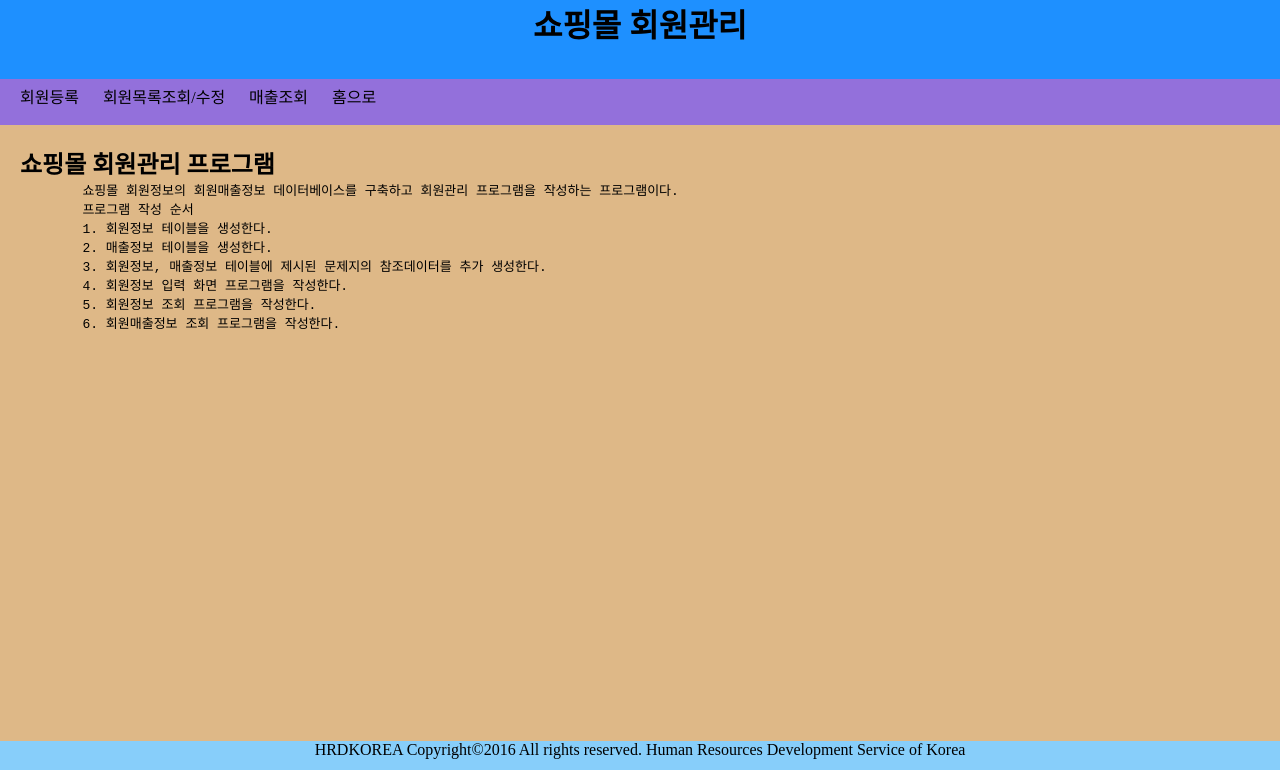
Repository: guguping/finalTestStudy
Page: http://localhost/test2/
An editor plug-in stored every save of this project. The page is shown before and after the next save, followed by the edit.
The browser window is 1280 px wide. The pictures show the whole page.
The page is served by Tomcat 9.

Above is the page before, as saved 2023-07-28 06:47:59.

After the next save:
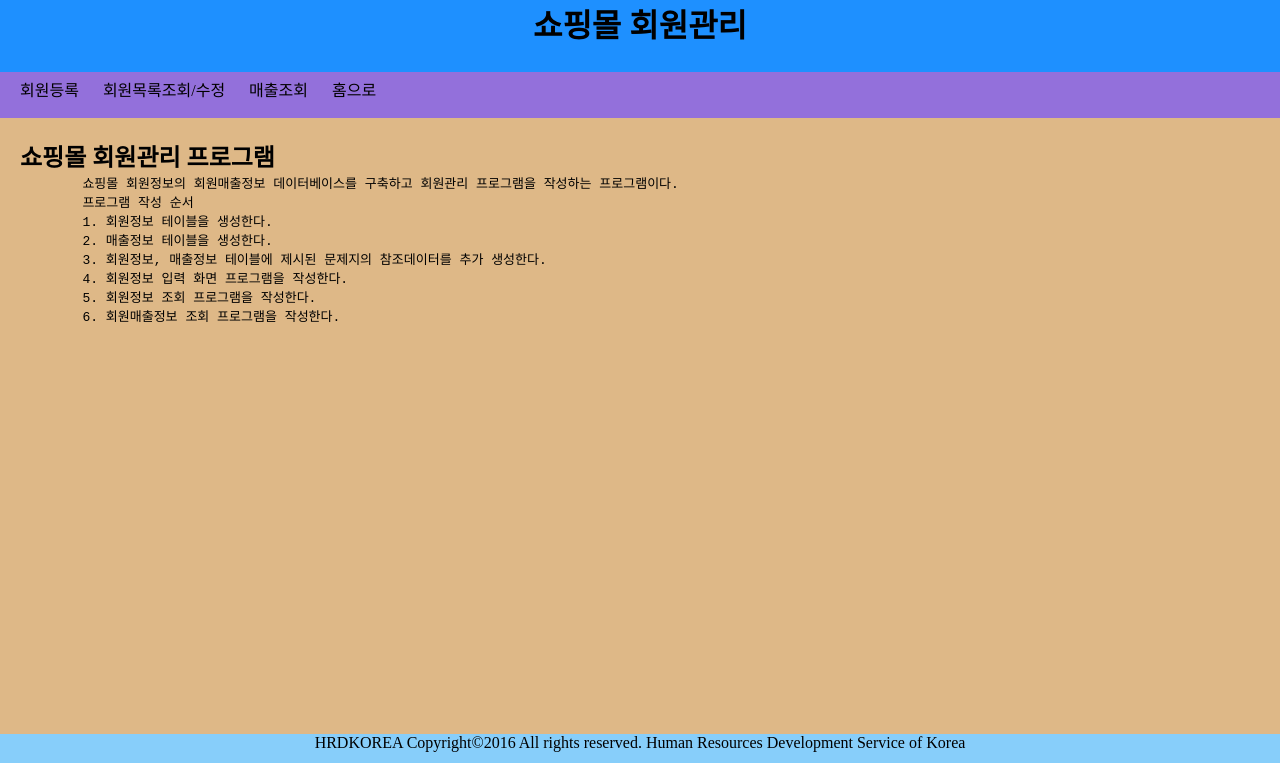
Saved 18 s later.
--- a/test2/src/main/webapp/index.jsp
+++ b/test2/src/main/webapp/index.jsp
@@ -22,7 +22,7 @@
         }
         #header {
         	text-align: center;
-        	height: 11%
+        	height: 10%
         }
         #footer {
         	text-align: center;
